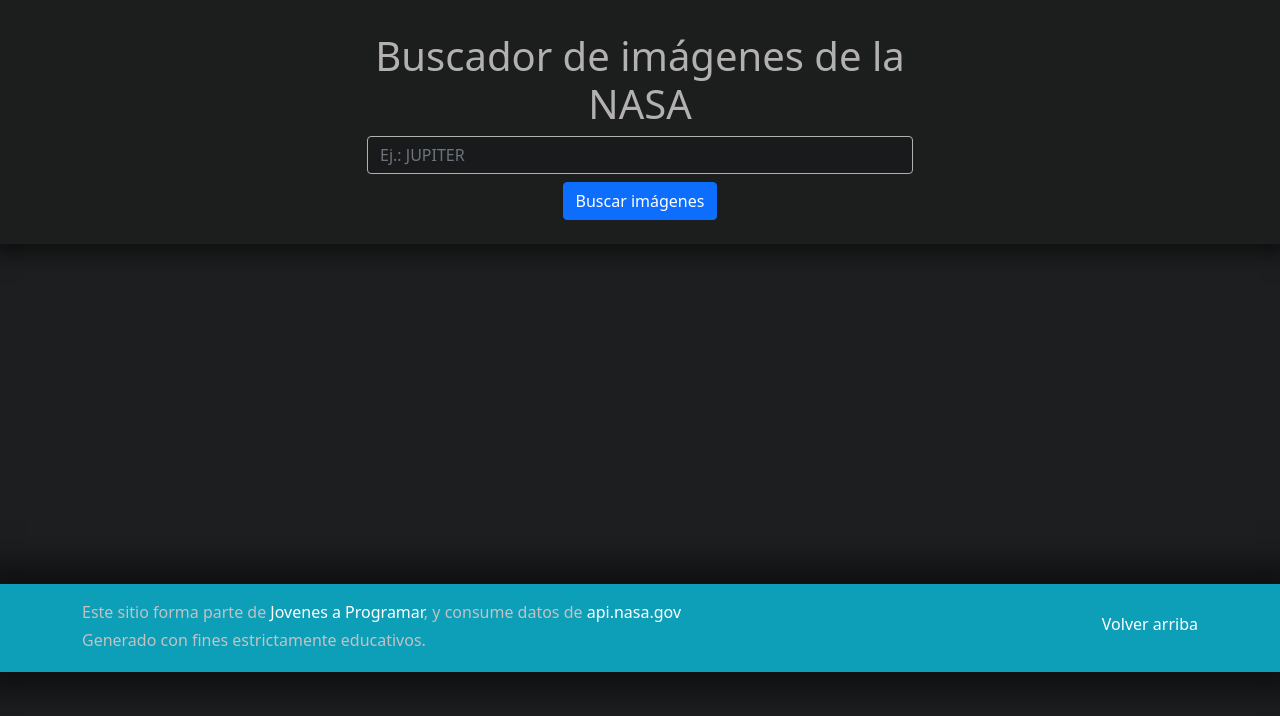
Repository: romancegirl/galaxies
Page: index.html
These files come from the project's save history. The page is drawn as it stood at one moment and after the next save; the edit follows.
The browser window is 1280 px wide. The pictures show the whole page.

Above is the page before, as saved 2024-11-18 22:37:43.

After the next save:
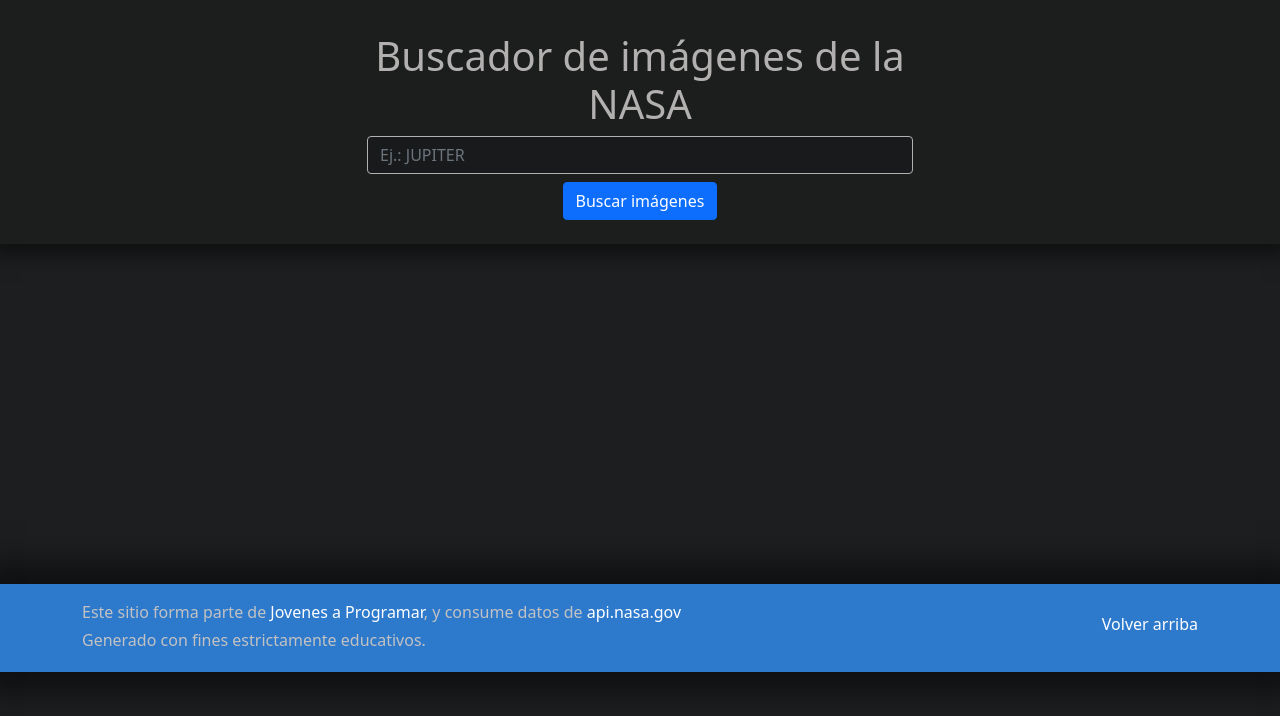
Saved 2 min 39 s later.
--- a/css/style.css
+++ b/css/style.css
@@ -82,7 +82,7 @@ input[type="search"]:focus {
 
 
 footer {
-    background-color: #0d9eb8;
+    background-color: #2D79CC;
     bottom: 0;
     width: 100%;
     margin-top: 1.5rem;
